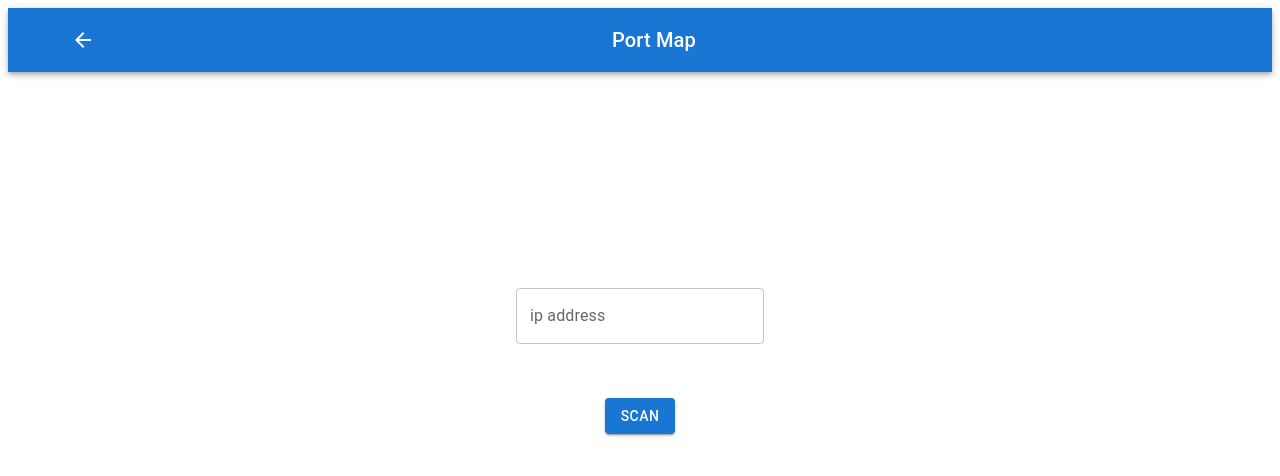
Repository: shamu332/PortMap
Page: / (app in src/main/ui/)
These files come from the project's save history. The page is drawn as it stood at one moment and after the next save; the edit follows.
The browser window is 1280 px wide. The pictures show the whole page.
The project was rebuilt for these pictures with package versions that can differ from the ones it lists, and the page was loaded fresh each time.

Above is the page before, as saved 2022-12-14 20:58:33.

### src/main/ui/public/index.html
<!DOCTYPE html>
<html lang="en">
  <head>
    <meta charset="utf-8" />
    <link rel="icon" href="%PUBLIC_URL%/favicon.ico" />
    <meta name="viewport" content="width=device-width, initial-scale=1" />
    <meta name="theme-color" content="#000000" />
    <meta
      name="description"
      content="Web site created using create-react-app"
    />
    <link rel="apple-touch-icon" href="%PUBLIC_URL%/logo192.png" />
    <!--
      manifest.json provides metadata used when your web app is installed on a
      user's mobile device or desktop. See https://developers.google.com/web/fundamentals/web-app-manifest/
    -->
    <link rel="manifest" href="%PUBLIC_URL%/manifest.json" />
    <!--
      Notice the use of %PUBLIC_URL% in the tags above.
      It will be replaced with the URL of the `public` folder during the build.
      Only files inside the `public` folder can be referenced from the HTML.

      Unlike "/favicon.ico" or "favicon.ico", "%PUBLIC_URL%/favicon.ico" will
      work correctly both with client-side routing and a non-root public URL.
      Learn how to configure a non-root public URL by running `npm run build`.
    -->
    <title>Port Map</title>
  </head>
  <body>
    <noscript>You need to enable JavaScript to run this app.</noscript>
    <div id="root"></div>
    <!--
      This HTML file is a template.
      If you open it directly in the browser, you will see an empty page.

      You can add webfonts, meta tags, or analytics to this file.
      The build step will place the bundled scripts into the <body> tag.

      To begin the development, run `npm start` or `yarn start`.
      To create a production bundle, use `npm run build` or `yarn build`.
    -->
  </body>
</html>

### src/main/ui/src/index.js
import React from "react";
import ReactDOM from "react-dom";
import { BrowserRouter as Router, Routes, Route } from "react-router-dom";
import Scanner from "./pages/Scanner";

ReactDOM.render(
  <>
    <Router>
      <Routes>
        <Route path="/" element={<Scanner />} />
      </Routes>
    </Router>
  </>,
  document.getElementById("root")
);

### src/main/ui/src/pages/Scanner.js
import React, { useState } from "react";
import Button from "@mui/material/Button";
import Header from "../Header";
import TextField from "@mui/material/TextField";
import CircularProgress from "@mui/material/CircularProgress";

function Scanner() {
  const [loader, setLoader] = useState(false);

  function toggleLoader() {
    setLoader(!loader);
  }

  return (
    <>
      <Header />
      <div
        style={{
          display: "flex",
          justifyContent: "center",
          alignItems: "flex-end",
          height: "30vh",
        }}
      ></div>
      {loader ? (
        <div
          style={{
            display: "flex",
            justifyContent: "center",
            alignItems: "center",
            height: "30vh",
          }}
        >
          <CircularProgress />
        </div>
      ) : (
        <>
          <div
            style={{
              display: "flex",
              justifyContent: "center",
              alignItems: "center",
            }}
          >
            <TextField
              id="outlined-basic"
              label="ip address"
              variant="outlined"
            />
          </div>
          <div
            style={{
              display: "flex",
              justifyContent: "center",
              alignItems: "center",
              height: "20vh",
            }}
          >
            <Button onClick={toggleLoader} variant="contained">
              SCAN
            </Button>
          </div>
        </>
      )}
    </>
  );
}

export default Scanner;

### src/main/ui/src/Header.js
import * as React from "react";
import AppBar from "@mui/material/AppBar";
import Box from "@mui/material/Box";
import Toolbar from "@mui/material/Toolbar";
import Typography from "@mui/material/Typography";
import IconButton from "@mui/material/IconButton";
import ArrowBackIcon from "@mui/icons-material/ArrowBack";
import { useNavigate } from "react-router-dom";

export default function Header() {
  const navigate = useNavigate();
  return (
    <Box sx={{ flexGrow: 1 }}>
      <AppBar position="static">
        <Toolbar>
          <IconButton
            size="large"
            edge="start"
            color="inherit"
            aria-label="menu"
            sx={{ mr: 2 }}
          ></IconButton>
          <ArrowBackIcon
            onClick={() => navigate(-1)}
            sx={{ position: "absolute", left: "5%" }}
          />
          <Typography
            variant="h6"
            component="div"
            sx={{ flexGrow: 1, textAlign: "center" }}
          >
            Port Map
          </Typography>
        </Toolbar>
      </AppBar>
    </Box>
  );
}

After the next save:
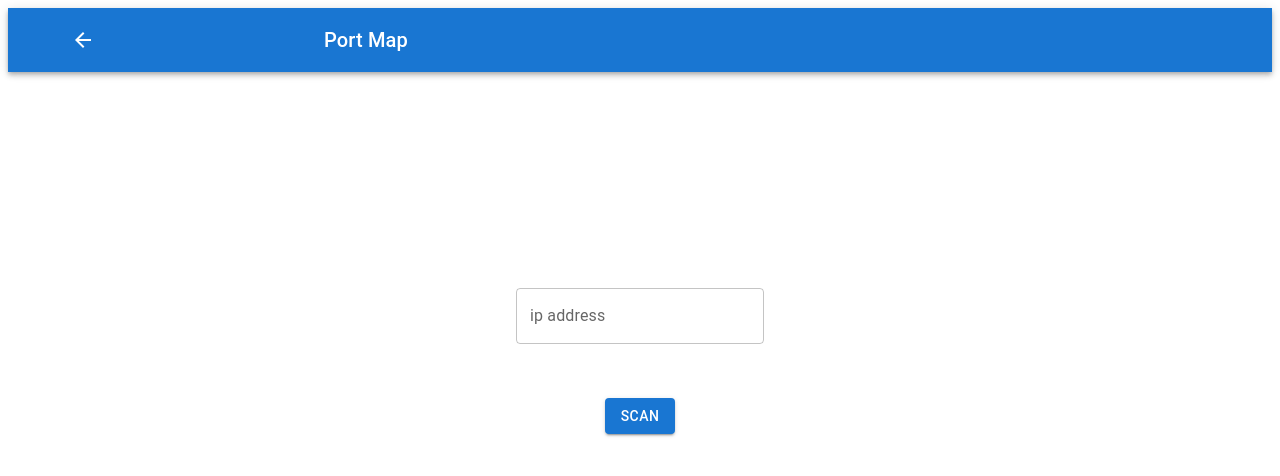
Saved 2 min 30 s later.
--- a/src/main/ui/src/Header.js
+++ b/src/main/ui/src/Header.js
@@ -27,7 +27,7 @@ export default function Header() {
           <Typography
             variant="h6"
             component="div"
-            sx={{ flexGrow: 1, textAlign: "center" }}
+            sx={{ flexGrow: 1, position: "absolute", left: "25%" }}
           >
             Port Map
           </Typography>
